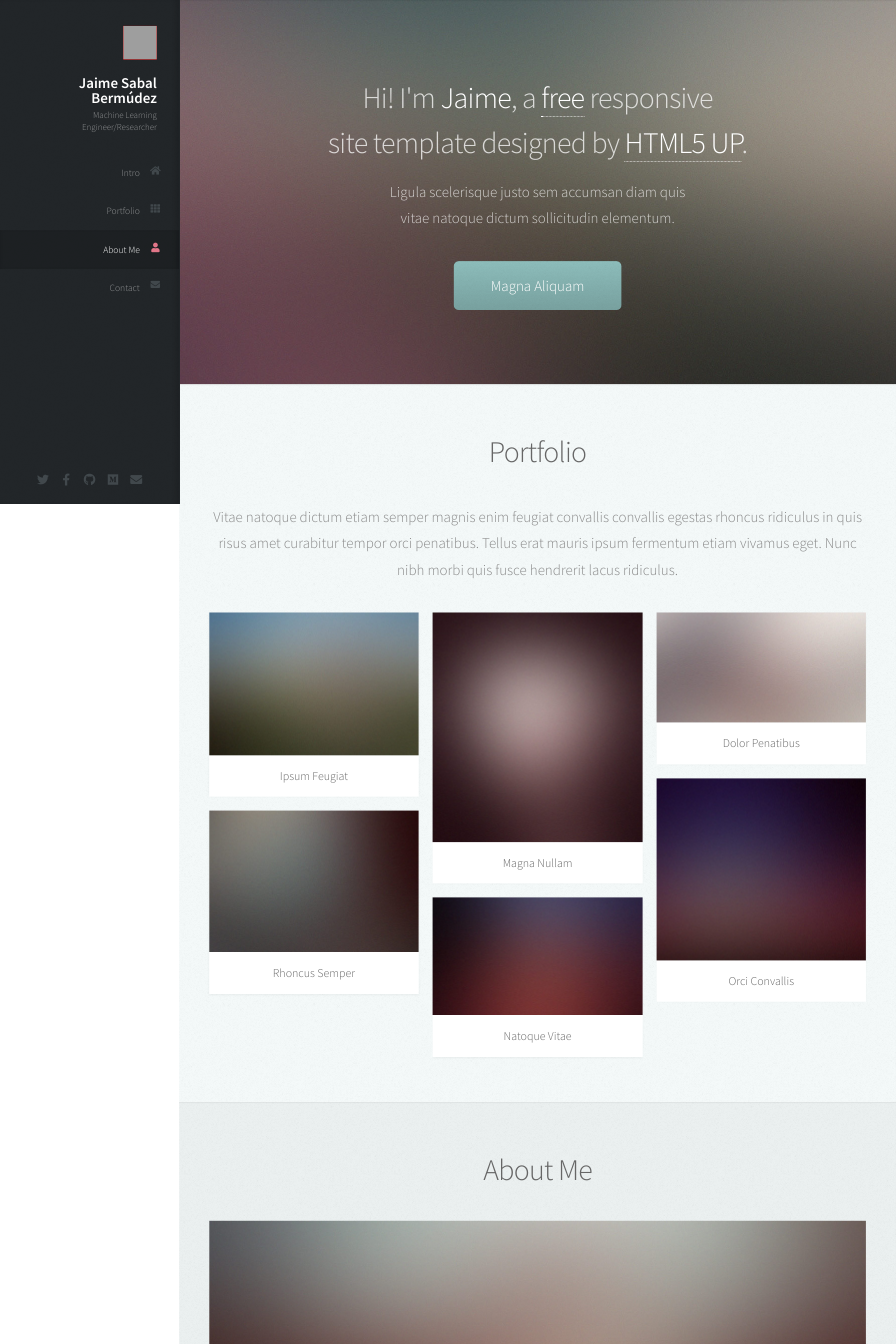
Repository: jaimesabalimperial/jaimesabalimperial.github.io
Page: index.html
The author's editor kept a copy of each file at every save. The page is drawn from the files as they stood at one save, then again after the next save.
The browser window is 1280 px wide. The pictures show the part of the page from y = 0 to 1920 px (the page is 3341 px tall), at 70% of full size.
Pictures or frames that could not be fetched are drawn as grey boxes.

Above is the page before, as saved 2022-10-04 11:30:51.

### index.html
<!DOCTYPE HTML>
<!--
	Prologue by HTML5 UP
	html5up.net | @ajlkn
	Free for personal and commercial use under the CCA 3.0 license (html5up.net/license)
-->
<html>
	<head>
		<title>Prologue by HTML5 UP</title>
		<meta charset="utf-8" />
		<meta name="viewport" content="width=device-width, initial-scale=1, user-scalable=no" />
		<link rel="stylesheet" href="assets/css/main.css" />
	</head>
	<body class="is-preload">

		<!-- Header -->
			<div id="header">

				<div class="top">

					<!-- Logo -->
						<div id="logo">
							<span class="image avatar48"><img src="images/profile2.jpeg" alt="" /></span>
							<h1 id="title">Jaime Sabal Bermúdez</h1>
							<p>Machine Learning Engineer/Researcher</p>
						</div>

					<!-- Nav -->
						<nav id="nav">
							<ul>
								<li><a href="#top" id="top-link"><span class="icon solid fa-home">Intro</span></a></li>
								<li><a href="#portfolio" id="portfolio-link"><span class="icon solid fa-th">Portfolio</span></a></li>
								<li><a href="#about" id="about-link"><span class="icon solid fa-user">About Me</span></a></li>
								<li><a href="#contact" id="contact-link"><span class="icon solid fa-envelope">Contact</span></a></li>
							</ul>
						</nav>

				</div>

				<div class="bottom">

					<!-- Social Icons -->
						<ul class="icons">
							<li><a href="#" class="icon brands fa-twitter"><span class="label">Twitter</span></a></li>
							<li><a href="#" class="icon brands fa-facebook-f"><span class="label">Facebook</span></a></li>
							<li><a href="https://github.com/jaimesabalimperial" class="icon brands fa-github"><span class="label">Github</span></a></li>
							<li><a href="https://medium.com/@jsabalb" class="icon brands fa-medium"><span class="label">Medium</span></a></li>
							<li><a href="mailto: jsabalb@gmail.com" class="icon solid fa-envelope"><span class="label">Email</span></a></li>
						</ul>

				</div>

			</div>

		<!-- Main -->
			<div id="main">

				<!-- Intro -->
					<section id="top" class="one dark cover">
						<div class="container">

							<header>
								<h2 class="alt">Hi! I'm <strong>Jaime</strong>, a <a href="http://html5up.net/license">free</a> responsive<br />
								site template designed by <a href="http://html5up.net">HTML5 UP</a>.</h2>
								<p>Ligula scelerisque justo sem accumsan diam quis<br />
								vitae natoque dictum sollicitudin elementum.</p>
							</header>

							<footer>
								<a href="#portfolio" class="button scrolly">Magna Aliquam</a>
							</footer>

						</div>
					</section>

				<!-- Portfolio -->
					<section id="portfolio" class="two">
						<div class="container">

							<header>
								<h2>Portfolio</h2>
							</header>

							<p>Vitae natoque dictum etiam semper magnis enim feugiat convallis convallis
							egestas rhoncus ridiculus in quis risus amet curabitur tempor orci penatibus.
							Tellus erat mauris ipsum fermentum etiam vivamus eget. Nunc nibh morbi quis
							fusce hendrerit lacus ridiculus.</p>

							<div class="row">
								<div class="col-4 col-12-mobile">
									<article class="item">
										<a href="#" class="image fit"><img src="images/pic02.jpg" alt="" /></a>
										<header>
											<h3>Ipsum Feugiat</h3>
										</header>
									</article>
									<article class="item">
										<a href="#" class="image fit"><img src="images/pic03.jpg" alt="" /></a>
										<header>
											<h3>Rhoncus Semper</h3>
										</header>
									</article>
								</div>
								<div class="col-4 col-12-mobile">
									<article class="item">
										<a href="#" class="image fit"><img src="images/pic04.jpg" alt="" /></a>
										<header>
											<h3>Magna Nullam</h3>
										</header>
									</article>
									<article class="item">
										<a href="#" class="image fit"><img src="images/pic05.jpg" alt="" /></a>
										<header>
											<h3>Natoque Vitae</h3>
										</header>
									</article>
								</div>
								<div class="col-4 col-12-mobile">
									<article class="item">
										<a href="#" class="image fit"><img src="images/pic06.jpg" alt="" /></a>
										<header>
											<h3>Dolor Penatibus</h3>
										</header>
									</article>
									<article class="item">
										<a href="#" class="image fit"><img src="images/pic07.jpg" alt="" /></a>
										<header>
											<h3>Orci Convallis</h3>
										</header>
									</article>
								</div>
							</div>

						</div>
					</section>

				<!-- About Me -->
					<section id="about" class="three">
						<div class="container">

							<header>
								<h2>About Me</h2>
							</header>

							<a href="#" class="image featured"><img src="images/pic08.jpg" alt="" /></a>

							<p>Tincidunt eu elit diam magnis pretium accumsan etiam id urna. Ridiculus
							ultricies curae quis et rhoncus velit. Lobortis elementum aliquet nec vitae
							laoreet eget cubilia quam non etiam odio tincidunt montes. Elementum sem
							parturient nulla quam placerat viverra mauris non cum elit tempus ullamcorper
							dolor. Libero rutrum ut lacinia donec curae mus vel quisque sociis nec
							ornare iaculis.</p>

						</div>
					</section>

				<!-- Contact -->
					<section id="contact" class="four">
						<div class="container">

							<header>
								<h2>Contact</h2>
							</header>

							<p>Elementum sem parturient nulla quam placerat viverra
							mauris non cum elit tempus ullamcorper dolor. Libero rutrum ut lacinia
							donec curae mus. Eleifend id porttitor ac ultricies lobortis sem nunc
							orci ridiculus faucibus a consectetur. Porttitor curae mauris urna mi dolor.</p>

							<form method="post" action="#">
								<div class="row">
									<div class="col-6 col-12-mobile"><input type="text" name="name" placeholder="Name" /></div>
									<div class="col-6 col-12-mobile"><input type="text" name="email" placeholder="Email" /></div>
									<div class="col-12">
										<textarea name="message" placeholder="Message"></textarea>
									</div>
									<div class="col-12">
										<input type="submit" value="Send Message" />
									</div>
								</div>
							</form>

						</div>
					</section>

			</div>

		<!-- Footer -->
			<div id="footer">

				<!-- Copyright -->
					<ul class="copyright">
						<li>&copy; Untitled. All rights reserved.</li><li>Design: <a href="http://html5up.net">HTML5 UP</a></li>
					</ul>

			</div>

		<!-- Scripts -->
			<script src="assets/js/jquery.min.js"></script>
			<script src="assets/js/jquery.scrolly.min.js"></script>
			<script src="assets/js/jquery.scrollex.min.js"></script>
			<script src="assets/js/browser.min.js"></script>
			<script src="assets/js/breakpoints.min.js"></script>
			<script src="assets/js/util.js"></script>
			<script src="assets/js/main.js"></script>

	</body>
</html>

Loaded but not shown: assets/js/jquery.min.js (library); assets/css/fontawesome-all.min.css (library); assets/js/jquery.scrolly.min.js (common file); assets/js/jquery.scrollex.min.js (common file); assets/js/browser.min.js (common file); assets/js/breakpoints.min.js (common file); assets/js/util.js (587 lines, source omitted); assets/js/main.js (123 lines, source omitted); assets/css/main.css (2633 lines, source omitted)

After the next save:
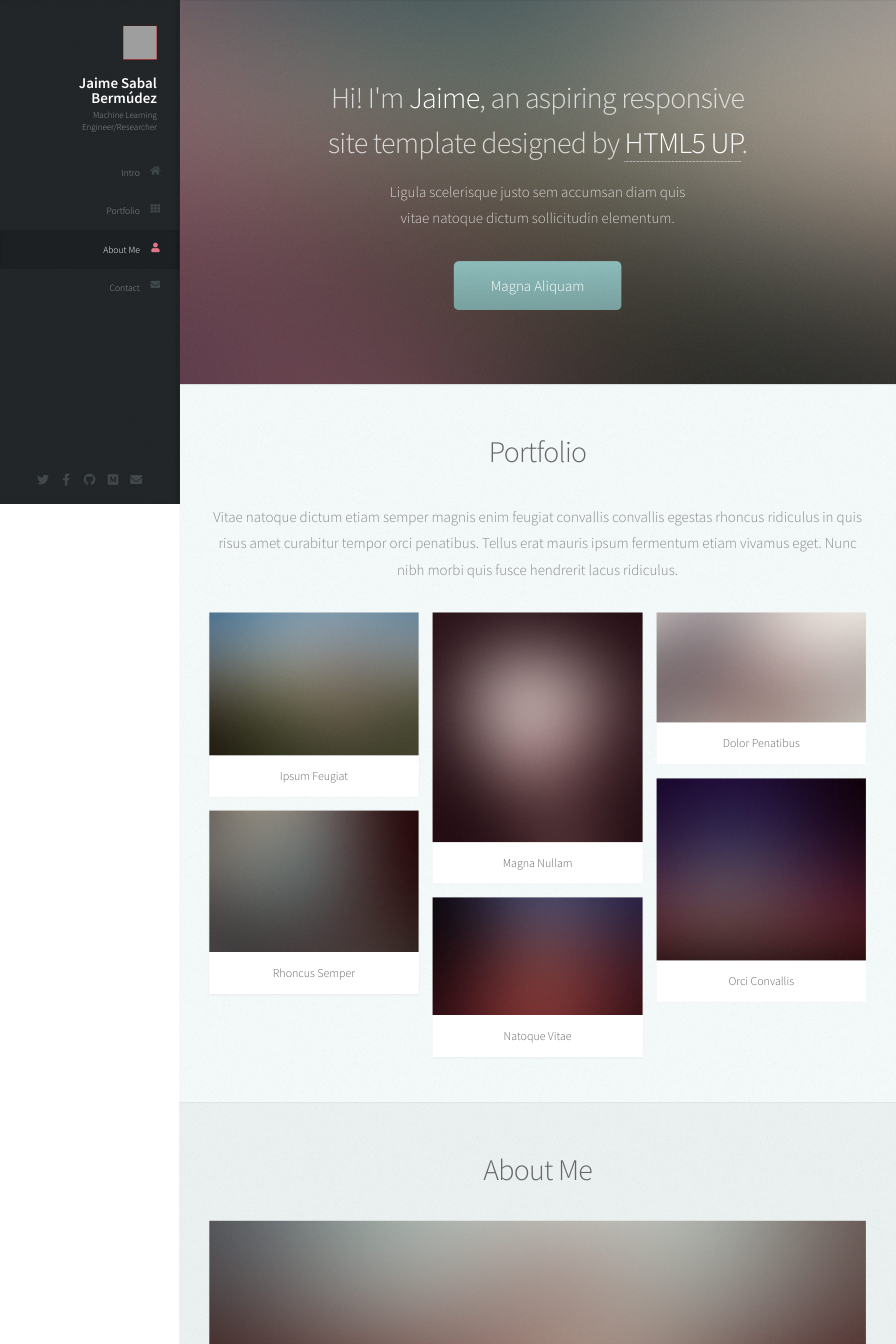
Saved 25 s later.
--- a/index.html
+++ b/index.html
@@ -60,7 +60,7 @@
 						<div class="container">
 
 							<header>
-								<h2 class="alt">Hi! I'm <strong>Jaime</strong>, a <a href="http://html5up.net/license">free</a> responsive<br />
+								<h2 class="alt">Hi! I'm <strong>Jaime</strong>, an aspiring  responsive<br />
 								site template designed by <a href="http://html5up.net">HTML5 UP</a>.</h2>
 								<p>Ligula scelerisque justo sem accumsan diam quis<br />
 								vitae natoque dictum sollicitudin elementum.</p>
